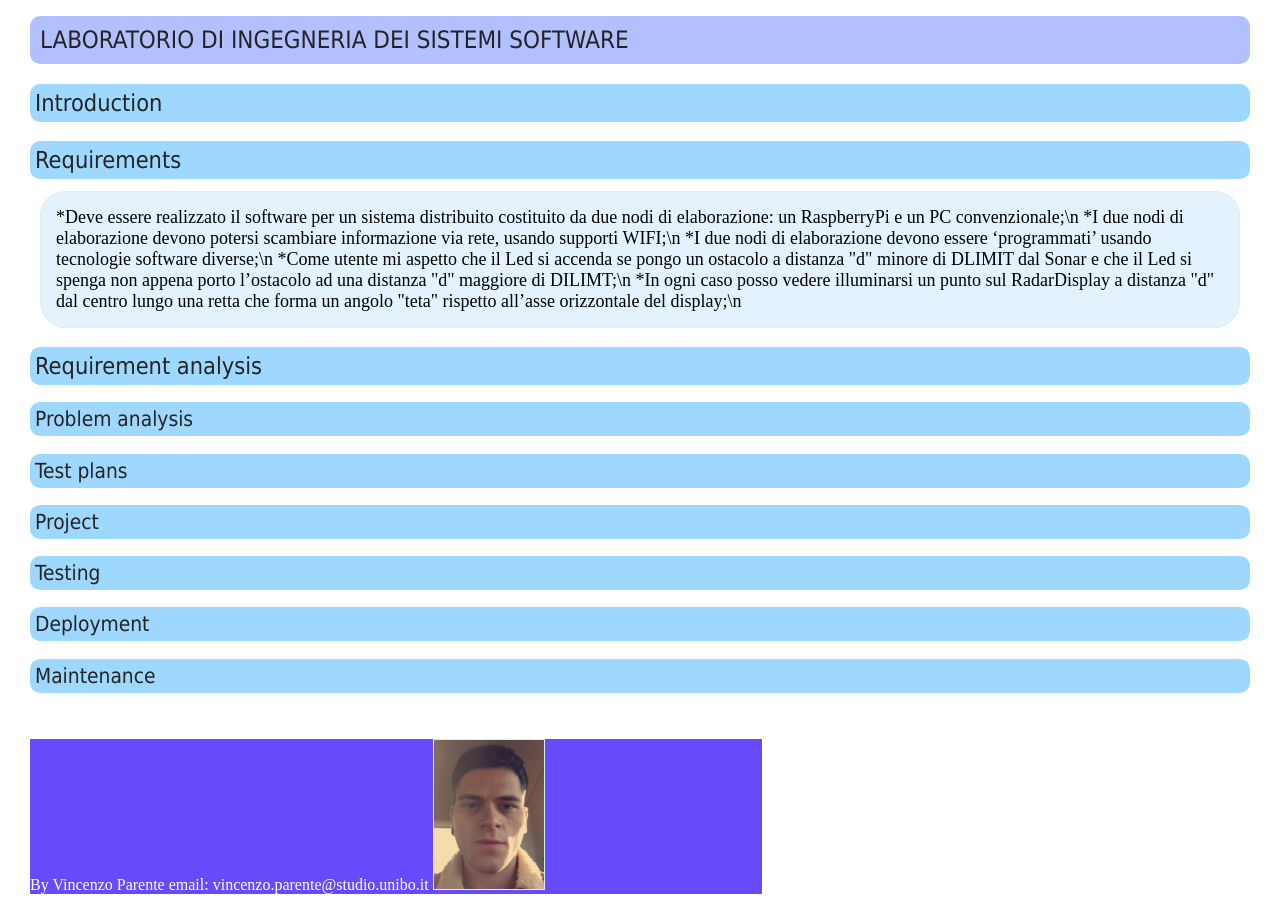
Repository: ParenteVincenzo/iss2022
Page: it.unibo.radarSystem22/userDocs/radarSystem22.html
The author's editor kept a copy of each file at every save. The page is drawn from the files as they stood at one save, then again after the next save.
The browser window is 1280 px wide. The pictures show the whole page.

Above is the page before, as saved 2022-03-06 16:52:31.

### it.unibo.radarSystem22/userDocs/radarSystem22.html
<!DOCTYPE html PUBLIC "-//W3C//DTD HTML 4.01//EN" "http://www.w3.org/TR/html4/strict.dtd">
<html>
    <!--
<link rel="stylesheet" type="text/css" href="../css/issStyle1.css">
<script type="text/javascript" src="../css/issStyle.js"></script>
-->
<style type="text/css">
body
{
    margin-left:  30px;
    margin-right: 30px;
};

P
{
    font-family: Tahoma;
    font-size: 10pt;
};

a, a:visited, a:active, a:link, a:hover {
    text-decoration: underline;
    color: #545454;
    background-color: transparent;
	font-size: 93%;
}

a:hover {
    background-color: #cccccc;
}


hr {
    clear: both;
    height: 1px;
    color: #242424;
    background-color: transparent;
}

h1, h2, h3 {
    color: #242424;
    clear: left;
    font: 100% Tahoma, Helvetica, Arial, sans-serif;
    margin-bottom: 0.5em;
    padding-top: 0.5em;
	border-radius: 10px;
	padding: 5px;
}

top {
	width: 100%;
}


#i {
    color: #ff1010;
}
tt{
	font-family: "Arial";
    font-size: 90%;
	color: #006600;
}
em{
	font-family: "Arial";
    font-size: 80%;
	font-weight: bold;
	border-style:solid;
	border-color: #abe876;
    color: #1632cc;
}
bc{
	font-family: "Arial";
	font-size: 90%;
	font-weight: bold;
    color: #990000;
	background-color: #fcf8c7;
}
ks{
	font-family: "Arial";
	font-weight: bold;
    color: #0000CD	;
	font-size: 90%;
}
kc{
	font-family: "Arial";
	font-weight: bold;
    color: #008000	;
	font-size: 90%;
}
pre{
	font-family: "Consolas";
	font-size: 85%;
	background-color: #f5f5f5;
	border: 1.5px solid silver;
	padding: 5px;
}
m{
	font-family: "Helvetica";
	line-height: 100%;
 	font-size: 75%;
}
div.body{

    font-size: 18px;
}
k{
    color: #990000;
	font-weight: bold;
	font-size: 90%;
}
h1 {
    font-size: 150%;
    background-color: #b2c0ff;
	padding: 10px;
}

h2 {
    background-color: #9ed8ff;
    font-size: 130%;
}

h3 {
	background-color: #e6ccff;
    font-size: 100%;
}
h4 {
    background-color: #ccffcc;
    font-size: 100%;
	width: 95%;
	border-radius: 5px;
	padding: 2px;
}
h5 {
    background-color: #d5ffb0;
    font-size: 100%;

}
div.req{
	background-color: #d9ffb3;
    font-size: 18px;
	width: 700px;
    border: 3px solid green;
    padding: 15px;
    margin: 10px;
}
div.remark{
	background-color: #E3F2FD;
    border: 1.5px solid #d5f2ed;
    padding: 15px;
    margin: 10px;
	border-radius: 25px;
}
table, th, td {
  border: 1px solid black;
  border-collapse: collapse;
}

ol, ul, li {
  margin: 0;
  margin-left: 10px;
  padding: 0;
  padding-bottom: 5px;
}

table, th, td {
	border: 1px solid black;
}

img {
	border: 1.5px solid #d5f2ed

}

a, a:visited, a:active, a:link, a:hover {
    text-decoration: underline;
    color: #545454;
    background-color: transparent;
}

div.wrapdesc{
	width: 90%;
	margin: auto;
}

div.imagedesc{
	width: 85%;
	margin: auto;
}
</style>

<head>

<title>TemplateToFill</title></head>

<body>
<div id="top">
<h1>LABORATORIO DI INGEGNERIA DEI SISTEMI SOFTWARE <font size="5"></font> </h1>
</div>

<div class="body">
<h2>Introduction</h2>


<h2>Requirements</h2>


<div class="remark">
*Deve essere realizzato il software per un sistema distribuito costituito da due nodi di elaborazione: un RaspberryPi e un PC convenzionale;\n
*I due nodi di elaborazione devono potersi scambiare informazione via rete, usando supporti WIFI;\n
*I due nodi di elaborazione devono essere ‘programmati’ usando tecnologie software diverse;\n
*Come utente mi aspetto che il Led si accenda se pongo un ostacolo a distanza "d" minore di DLIMIT dal Sonar e che il Led si spenga non appena porto l’ostacolo ad una distanza "d" maggiore di DILIMT;\n
*In ogni caso posso vedere illuminarsi un punto sul RadarDisplay a distanza "d" dal centro lungo una retta che forma un angolo "teta" rispetto all’asse orizzontale del display;\n
</div>



<h2>Requirement analysis</h2>


</div>

<h2>Problem analysis</h2>


<h2>Test plans</h2>


<h2>Project</h2>

</div>

<h2>Testing</h2>


<h2>Deployment</h2>


<h2>Maintenance</h2>

<!-- USEFUL
<table style="width:100%" border="1">
<tr>
<td style="width:50%">
</td>
<td></td>
</tr>
</table>
-->

<br/><br/>
</div>

<div style="background-color:rgba(86, 56, 253, 0.9); width:60%;text-align:left;color:white">
By Vincenzo Parente email: vincenzo.parente@studio.unibo.it
<img src="vincenzoP.jpg" alt="mbot" width="15%" height="15%">
</div>
</body>
</html>

After the next save:
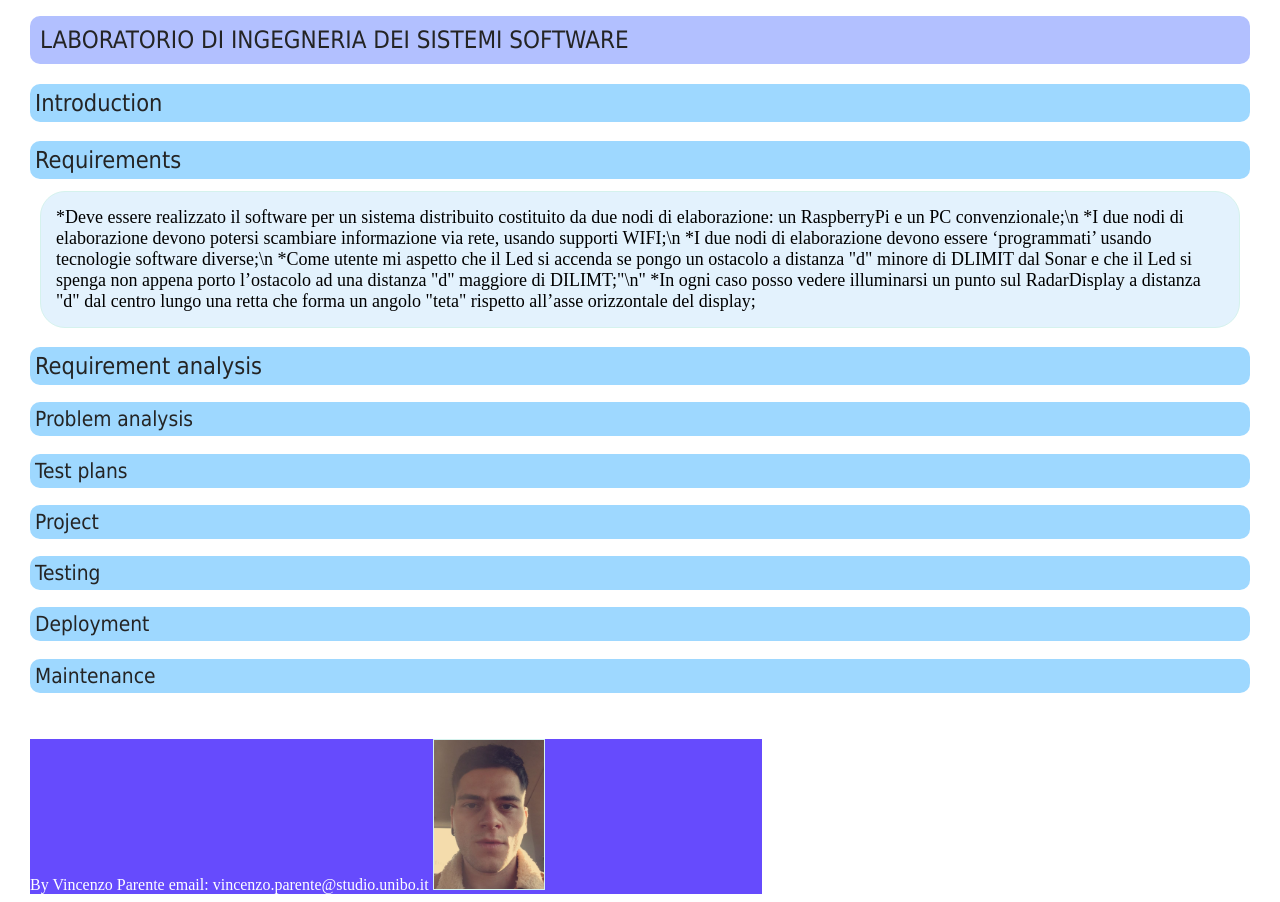
Saved 20 s later.
--- a/it.unibo.radarSystem22/userDocs/radarSystem22.html
+++ b/it.unibo.radarSystem22/userDocs/radarSystem22.html
@@ -207,8 +207,8 @@ div.imagedesc{
 *Deve essere realizzato il software per un sistema distribuito costituito da due nodi di elaborazione: un RaspberryPi e un PC convenzionale;\n
 *I due nodi di elaborazione devono potersi scambiare informazione via rete, usando supporti WIFI;\n
 *I due nodi di elaborazione devono essere ‘programmati’ usando tecnologie software diverse;\n
-*Come utente mi aspetto che il Led si accenda se pongo un ostacolo a distanza "d" minore di DLIMIT dal Sonar e che il Led si spenga non appena porto l’ostacolo ad una distanza "d" maggiore di DILIMT;\n
-*In ogni caso posso vedere illuminarsi un punto sul RadarDisplay a distanza "d" dal centro lungo una retta che forma un angolo "teta" rispetto all’asse orizzontale del display;\n
+*Come utente mi aspetto che il Led si accenda se pongo un ostacolo a distanza "d" minore di DLIMIT dal Sonar e che il Led si spenga non appena porto l’ostacolo ad una distanza "d" maggiore di DILIMT;"\n"
+*In ogni caso posso vedere illuminarsi un punto sul RadarDisplay a distanza "d" dal centro lungo una retta che forma un angolo "teta" rispetto all’asse orizzontale del display;
 </div>
 
 
